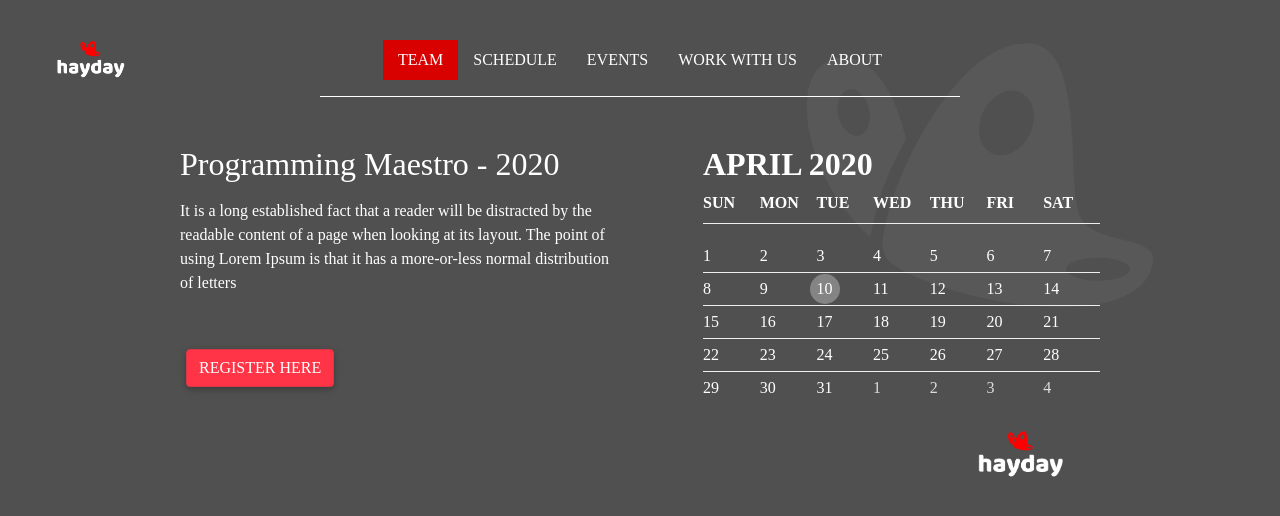
Repository: im1971/company-web
Page: schedule.html
These files come from the project's save history. The page is drawn as it stood at one moment and after the next save; the edit follows.
The browser window is 1280 px wide. The pictures show the whole page.
Some web fonts or font styles are not loaded; a fallback is used.

Above is the page before, as saved 2020-02-08 11:02:57.
Not found: js/main.js

After the next save:
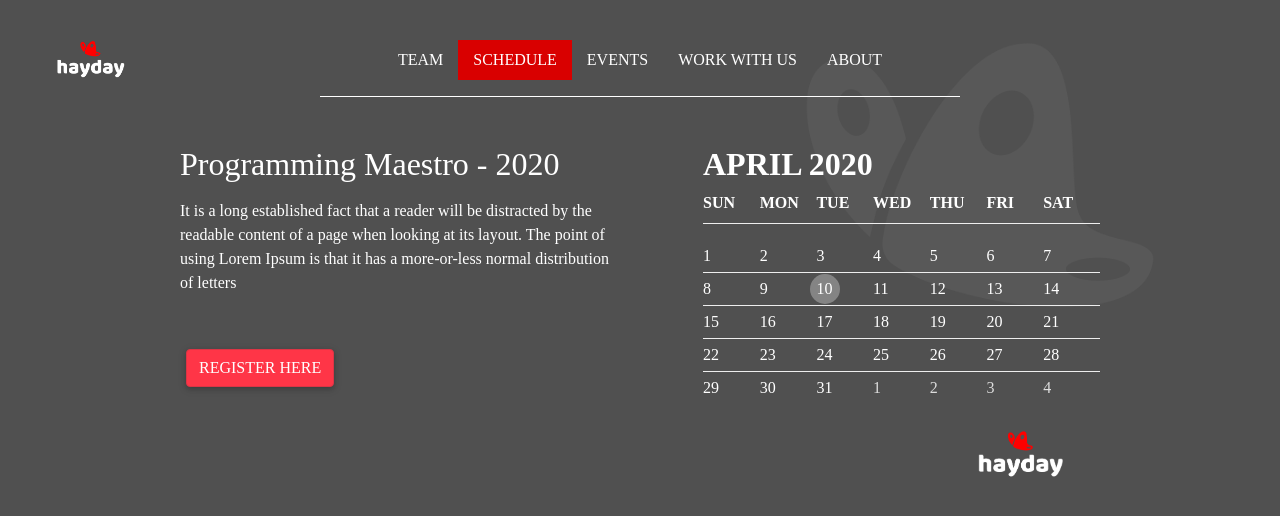
Saved 13 s later.
--- a/schedule.html
+++ b/schedule.html
@@ -36,10 +36,10 @@
                                     <img src="img/logo.png" alt="">
                                 </a>
                                 <li class="nav-item">
-                                    <a class="nav-link active" href="team.html">Team</a>
-                                </li>
-                                <li class="nav-item">
-                                    <a class="nav-link" href="schedule.html">SCHEDULE</a>
+                                    <a class="nav-link" href="team.html">Team</a>
+                                </li>
+                                <li class="nav-item">
+                                    <a class="nav-link active" href="schedule.html">SCHEDULE</a>
                                 </li>
                                 <li class="nav-item">
                                     <a class="nav-link" href="event.html">Events</a>
